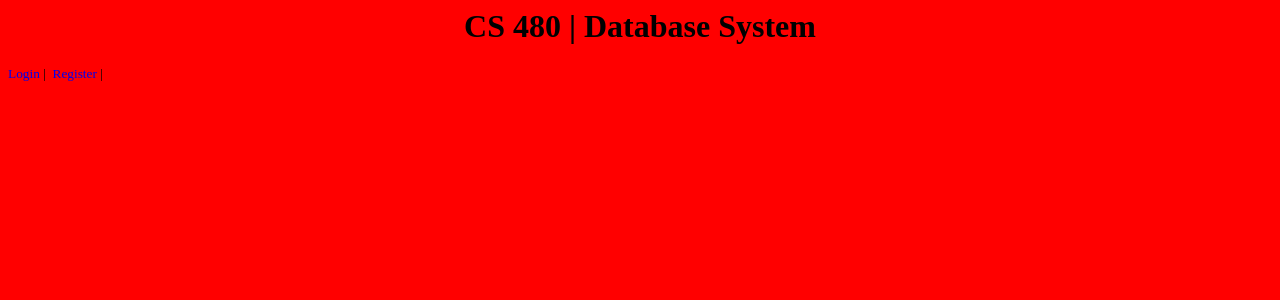
Repository: JSneak/cs480
Page: http://localhost/CS480Template/jsps/top.jsp
These files come from the project's save history. The page is drawn as it stood at one moment and after the next save; the edit follows.
The browser window is 1280 px wide. The pictures show the whole page.
The page is served by Tomcat 9. Other server files are loaded and not shown.

Above is the page before, as saved 2021-10-13 03:59:03.

### CS480Template/src/main/webapp/jsps/top.jsp
<%@ page language="java" import="java.util.*" pageEncoding="UTF-8"%>
<%@ taglib prefix="c" uri="http://java.sun.com/jsp/jstl/core" %>


<!DOCTYPE HTML PUBLIC "-//W3C//DTD HTML 4.01 Transitional//EN">
<html>
  <head>
    <title>top</title>

	<meta http-equiv="pragma" content="no-cache">
	<meta http-equiv="cache-control" content="no-cache">
	<meta http-equiv="expires" content="0">
	<meta http-equiv="keywords" content="keyword1,keyword2,keyword3">
	<meta http-equiv="description" content="This is my page">
	<meta http-equiv="content-type" content="text/html;charset=utf-8">
	<!--
	<link rel="stylesheet" type="text/css" href="styles.css">
	-->
<style type="text/css">
	body {
		background: red;
	}
	a {
		text-transform:none;
		text-decoration:none;
	}
	a:hover {
		text-decoration:underline;
	}
</style>
  </head>

  <body>
<h1 style="text-align: center;">CS 480 | Database System</h1>
<div style="font-size: 10pt;">
	<c:choose>
		<c:when test="${empty sessionScope.session_user }">
			<a href="<c:url value='/jsps/user/login.jsp'/>" target="_parent">Login</a> |&nbsp;
			<a href="<c:url value='/jsps/user/regist.jsp'/>" target="_parent">Register</a> |&nbsp;

		</c:when>
		<c:otherwise>
			Hello：${sessionScope.session_user.username };
			<a href="<c:url value='/jsps/user/queries.jsp'/>" target="body">Query Result</a> |&nbsp;&nbsp;
			<a href="<c:url value='/UserServletLogout'/>" target="_parent">Logout</a> |&nbsp;
			<a href="<c:url value='/jsps/entity1/menu.jsp'/>" target="body">CRUD entity 1</a> |&nbsp;&nbsp;

		</c:otherwise>
	</c:choose>

</div>
  </body>
</html>

After the next save:
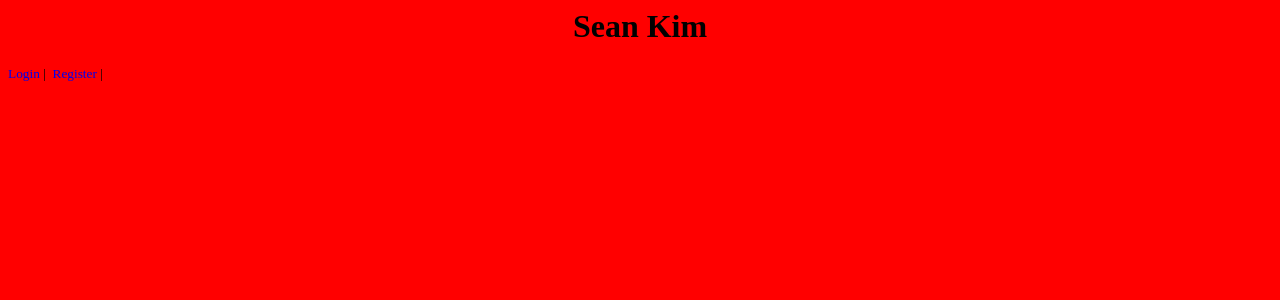
Saved 18 s later.
--- a/CS480Template/src/main/webapp/jsps/top.jsp
+++ b/CS480Template/src/main/webapp/jsps/top.jsp
@@ -31,7 +31,7 @@
   </head>
 
   <body>
-<h1 style="text-align: center;">CS 480 | Database System</h1>
+<h1 style="text-align: center;">Sean Kim</h1>
 <div style="font-size: 10pt;">
 	<c:choose>
 		<c:when test="${empty sessionScope.session_user }">
